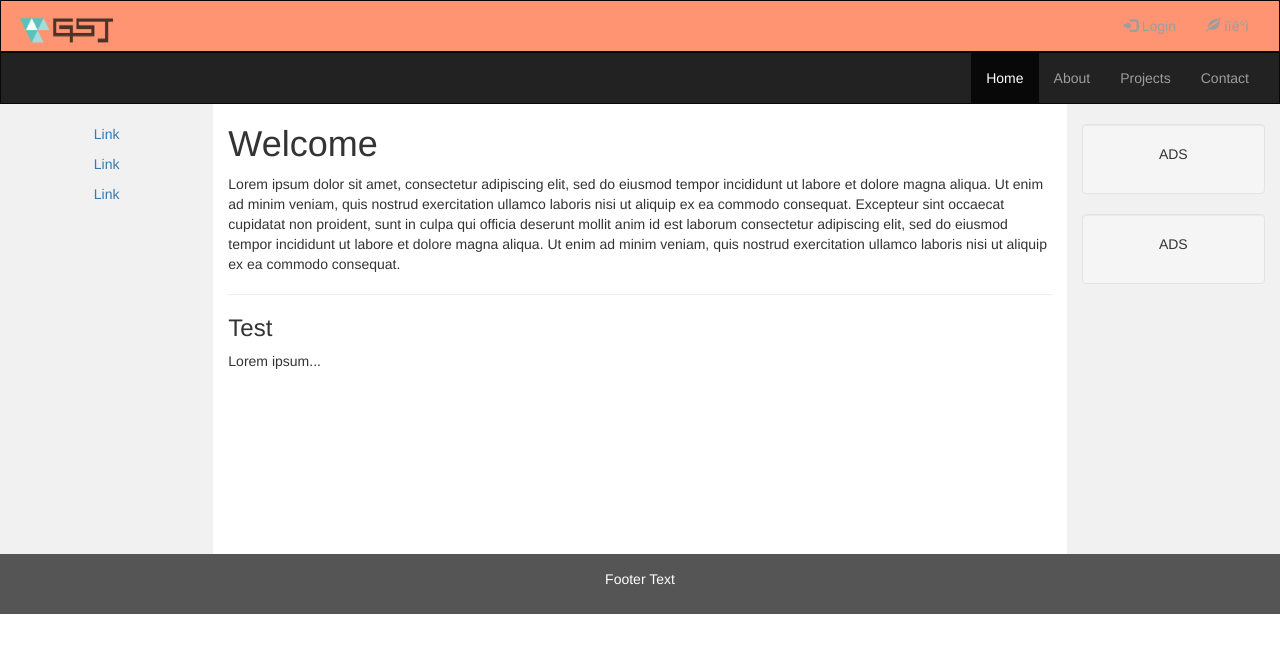
Repository: jeje0130/html
Page: http://localhost/board/webpage/main.jsp
An editor plug-in stored every save of this project. The page is shown before and after the next save, followed by the edit.
The browser window is 1280 px wide. The pictures show the whole page.
The page is served by Tomcat 9. Other server files are loaded and not shown.

Above is the page before, as saved 2021-02-23 03:09:58.

### board/WebContent/webpage/main.jsp
<%@ page language="java" contentType="text/html; charset=UTF-8"
    pageEncoding="UTF-8"%>
<!DOCTYPE html>
<html lang="kr">
<head>
  <title>Bootstrap Example</title>
  <meta charset="utf-8">
  <meta name="viewport" content="width=device-width, initial-scale=1">
  <link rel="stylesheet" href="https://maxcdn.bootstrapcdn.com/bootstrap/3.4.1/css/bootstrap.min.css">
  <script src="https://ajax.googleapis.com/ajax/libs/jquery/3.5.1/jquery.min.js"></script>
  <script src="https://maxcdn.bootstrapcdn.com/bootstrap/3.4.1/js/bootstrap.min.js"></script>
  <style>
    /* Remove the navbar's default margin-bottom and rounded borders */
    .navbar {
      margin-bottom: 0;
      border-radius: 0;
    }

    /* Set height of the grid so .sidenav can be 100% (adjust as needed) */
    .row.content {height: 450px}

    /* Set gray background color and 100% height */
    .sidenav {
      padding-top: 20px;
      background-color: #f1f1f1;
      height: 100%;
    }

    /* Set black background color, white text and some padding */
    footer {
      background-color: #555;
      color: white;
      padding: 15px;
    }

    /* On small screens, set height to 'auto' for sidenav and grid */
    @media screen and (max-width: 767px) {
      .sidenav {
        height: auto;
        padding: 15px;
      }
      .row.content {height:auto;}
    }
    .log{
    	background: #FF9473;
    }
    #ilogo{
    	width: 100px;
    	height: 30px;
    }
  </style>
</head>
<body>

	<jsp:include page="header.jsp"></jsp:include>
	<jsp:include page="content.jsp"></jsp:include>
	<jsp:include page="footer.jsp"></jsp:include>

</body>
</html>

### board/WebContent/webpage/header.jsp
  <meta charset="utf-8">
<nav class="navbar navbar-inverse log">
  <div class="container-fluid">
    <div class="navbar-header">
      <button type="button" class="navbar-toggle" data-toggle="collapse" data-target="#myNavbar">
        <span class="icon-bar"></span>
        <span class="icon-bar"></span>
        <span class="icon-bar"></span>
      </button>
      <a class="navbar-brand" href="#"><img id="ilogo" src="../images/gsjLogo2.png"></a>
    </div>
    <div class="collapse navbar-collapse" id="myNavbar">

      <ul class="nav navbar-nav navbar-right">
        <li><a href="#"><span class="glyphicon glyphicon-log-in"></span> Login</a></li>
        <li><a href="#"><span class="glyphicon glyphicon glyphicon-leaf"></span> 회원가입</a></li>
      </ul>
    </div>
  </div>
</nav>

<nav class="navbar navbar-inverse">
  <div class="container-fluid">
    <div class="navbar-header">
      <button type="button" class="navbar-toggle" data-toggle="collapse" data-target="#myNavbar">
        <span class="icon-bar"></span>
        <span class="icon-bar"></span>
        <span class="icon-bar"></span>
      </button>
    </div>
    <div class="collapse navbar-collapse" id="myNavbar">
      <ul class="nav navbar-nav navbar-right">
        <li class="active"><a href="#">Home</a></li>
        <li><a href="#">About</a></li>
        <li><a href="#">Projects</a></li>
        <li><a href="#">Contact</a></li>
      </ul>
    </div>
  </div>
</nav>

### board/WebContent/webpage/content.jsp
<div class="container-fluid text-center">

  <div class="row content">
    <div class="col-sm-2 sidenav">
      <p><a href="#">Link</a></p>
      <p><a href="#">Link</a></p>
      <p><a href="#">Link</a></p>
    </div>

    <div class="col-sm-8 text-left">
      <h1>Welcome</h1>
      <p>Lorem ipsum dolor sit amet, consectetur adipiscing elit, sed do eiusmod tempor incididunt ut labore et dolore magna aliqua. Ut enim ad minim veniam, quis nostrud exercitation ullamco laboris nisi ut aliquip ex ea commodo consequat. Excepteur sint occaecat cupidatat non proident, sunt in culpa qui officia deserunt mollit anim id est laborum consectetur adipiscing elit, sed do eiusmod tempor incididunt ut labore et dolore magna aliqua. Ut enim ad minim veniam, quis nostrud exercitation ullamco laboris nisi ut aliquip ex ea commodo consequat.</p>
      <hr>
      <h3>Test</h3>
      <p>Lorem ipsum...</p>
    </div>

    <div class="col-sm-2 sidenav">
      <div class="well">
        <p>ADS</p>
      </div>

      <div class="well">
        <p>ADS</p>
      </div>
    </div>

  </div>
</div>

### board/WebContent/webpage/footer.jsp
<footer class="container-fluid text-center">
  <p>Footer Text</p>
</footer>

After the next save:
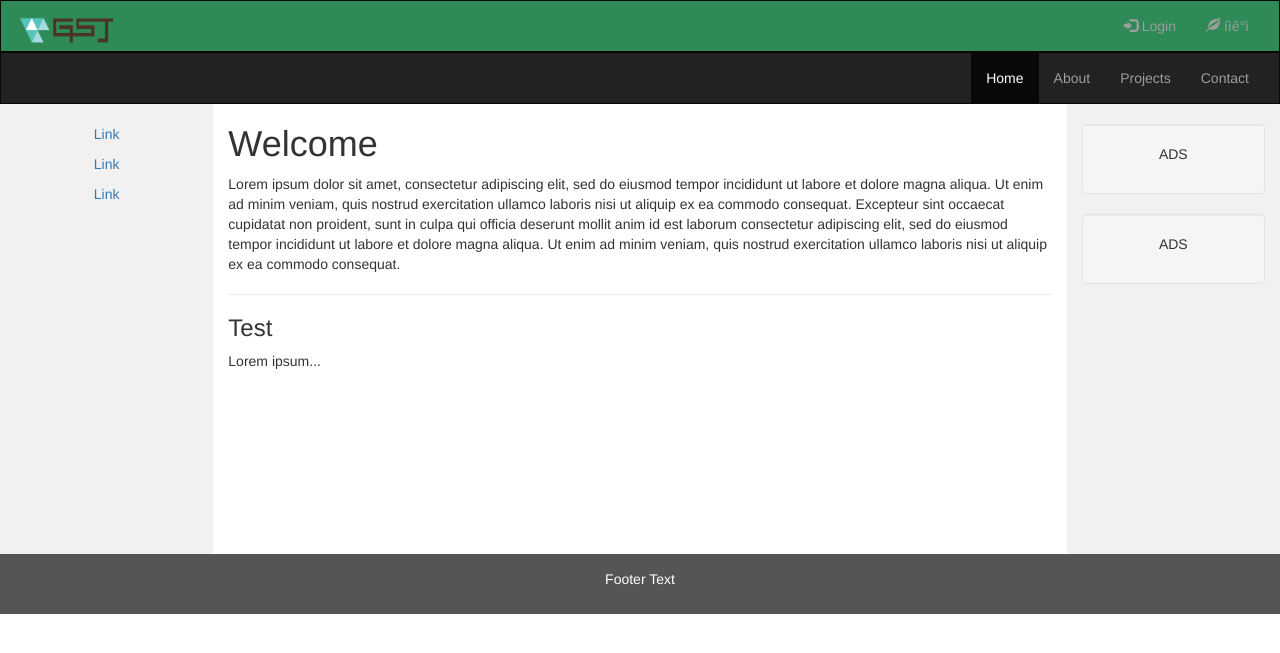
Saved 22 s later.
--- a/board/WebContent/webpage/main.jsp
+++ b/board/WebContent/webpage/main.jsp
@@ -42,7 +42,7 @@
       .row.content {height:auto;}
     }
     .log{
-    	background: #FF9473;
+    	background: #2E8B57;
     }
     #ilogo{
     	width: 100px;

After the save that followed:
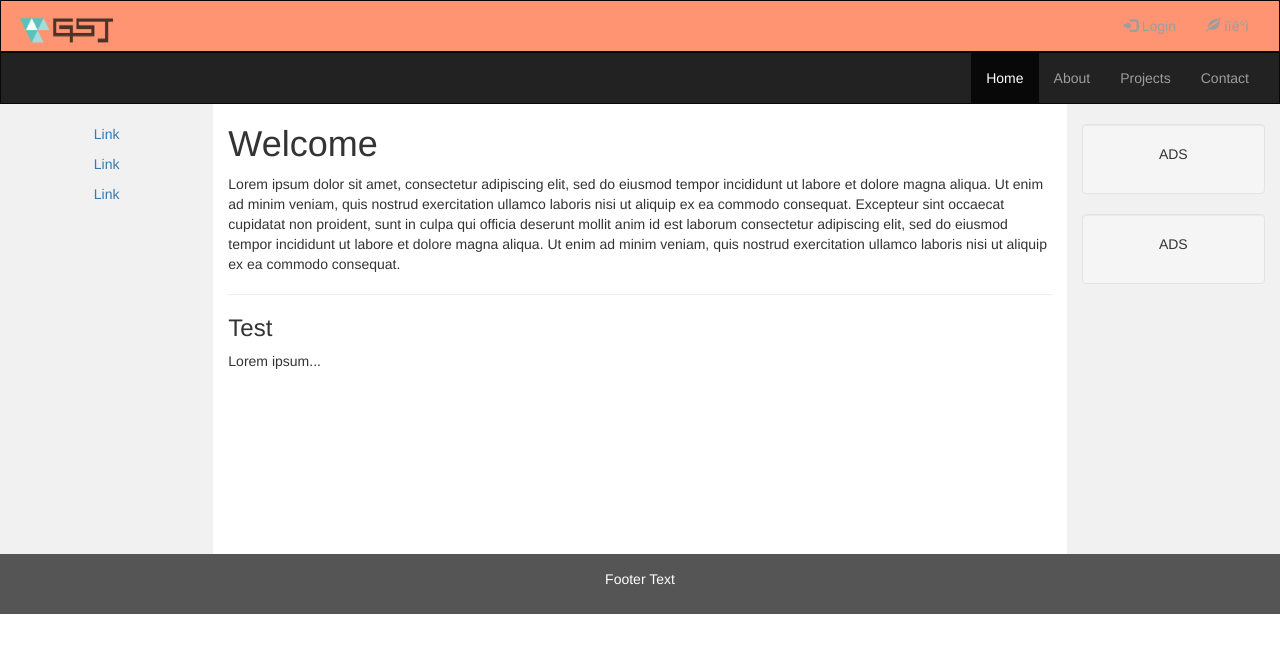
Saved 23 s later.
--- a/board/WebContent/webpage/main.jsp
+++ b/board/WebContent/webpage/main.jsp
@@ -42,7 +42,7 @@
       .row.content {height:auto;}
     }
     .log{
-    	background: #2E8B57;
+    	background: #FF9473;
     }
     #ilogo{
     	width: 100px;
